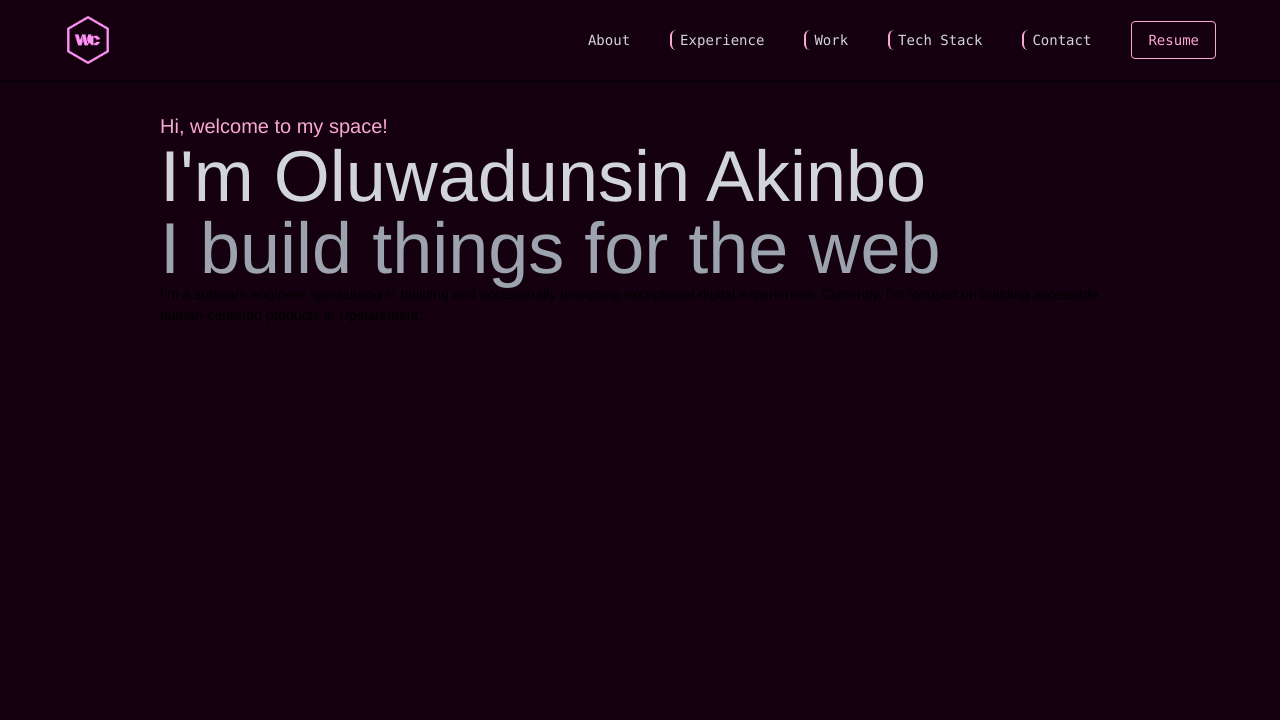
Repository: EmmyDunny1/myPortfolio
Page: / (app in MyPortfolio/)
These files come from the project's save history. The page is drawn as it stood at one moment and after a run of saves; the edit follows.
The browser window is 1280 px wide. The pictures show the whole page.
The project was rebuilt for these pictures with package versions that can differ from the ones it lists, and the page was loaded fresh each time. Also part of the build but not shown: MyPortfolio/vite.config.js.

Above is the page before, as saved 2025-01-13 10:46:27.

After the next 4 saves:
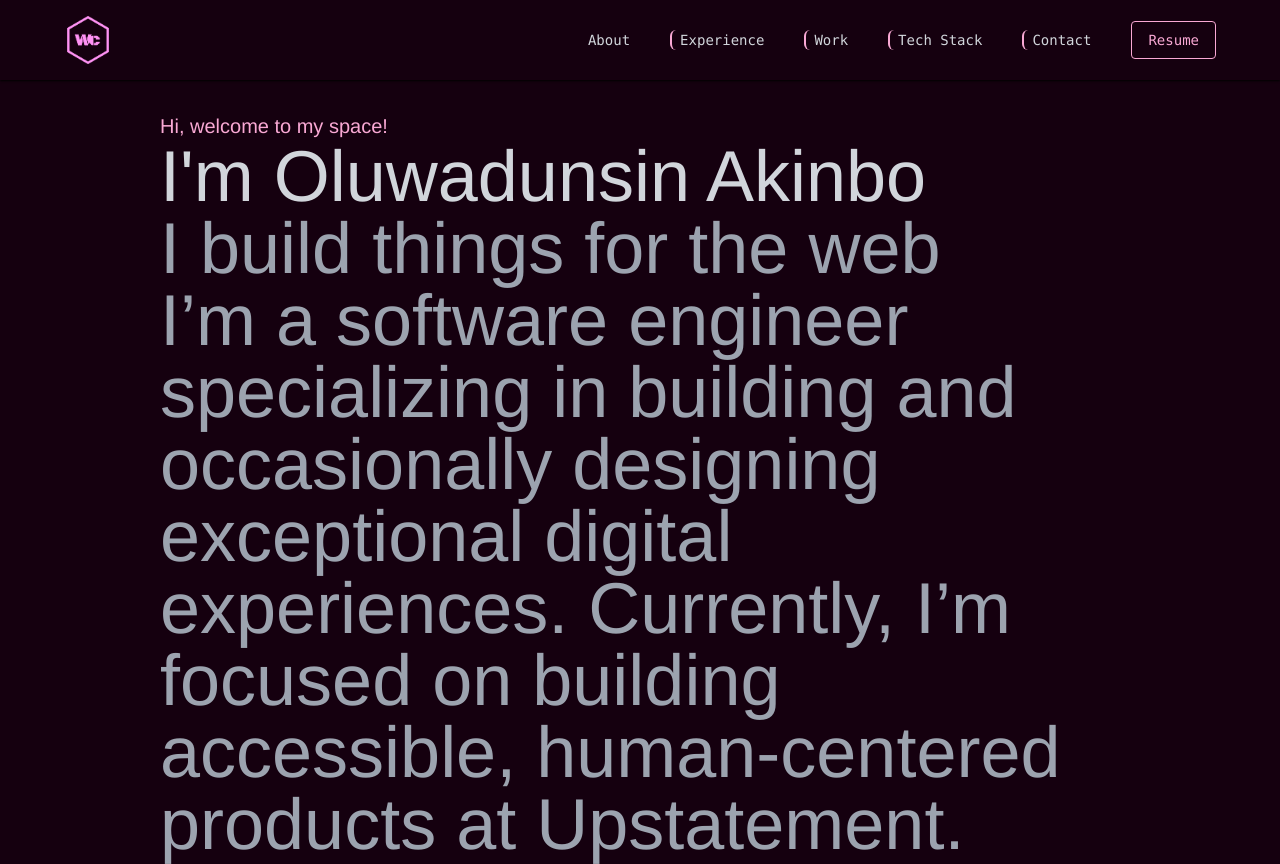
The 4 saves are shown as one change because they came seconds apart.
The last was saved 33 s later.
--- a/MyPortfolio/src/components/HeroSection.jsx
+++ b/MyPortfolio/src/components/HeroSection.jsx
@@ -9,7 +9,7 @@
         <h1 className='text-7xl text-gray-300 '>I'm Oluwadunsin Akinbo</h1>
         <h2 className='text-7xl text-gray-400'>I build things for the web</h2>
 
-        <p>I’m a software engineer specializing in building and occasionally designing exceptional digital experiences. Currently, I’m focused on building accessible, human-centered products at Upstatement.</p>
+        <p className='text-7xl text-gray-400'>I’m a software engineer specializing in building and occasionally designing exceptional digital experiences. Currently, I’m focused on building accessible, human-centered products at Upstatement.</p>
 
 
       </div>
